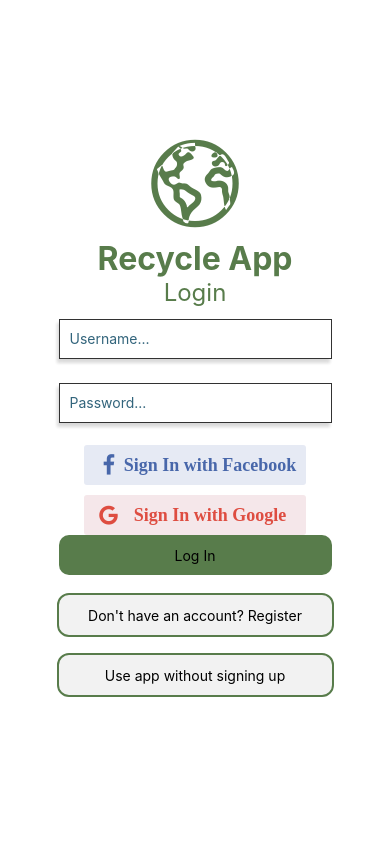
Repository: ct-pham/COMP4511
Screen: / (app in comp4511/)
The author's editor kept a copy of each file at every save. The screen is drawn from the files as they stood at one save, then again after a run of saves.
The app was drawn by React Native's web renderer in a window 390 px wide. The project was rebuilt for these pictures with package versions that can differ from the ones it lists, and the page was loaded fresh each time.

Above is the screen before, as saved 2022-11-07 16:20:29.

### comp4511/App.js

// import { NavigationContainer } from 'react-navigation/native';
// import { createNativeStackNavigator } from 'react-navigation/native-stack';
import Login from './Components/Login';
//import Register from './Components/Register';

export default function App() {
  return (
    // <NavigationContainer>
    //   <Stack.Navigator initialRouteName="Home">
    //     <Stack.Screen name="Login" component={Login} />
    //     <Stack.Screen name="Register" component={Register} />
    //   </Stack.Navigator>
    // </NavigationContainer>
    <Login />
  );
}

### comp4511/Components/Login.js
import {
    StyleSheet,
    Text,
    View,
    TextInput,
    TouchableOpacity,
} from 'react-native';

import SocialButton from './Other/SocialButtons';

import Icon from 'react-native-vector-icons/Ionicons';

export default function Login( {navigation}) {
    return (
        <View style={styles.container}>
            <View>
                <Icon
                    name = "earth-outline"
                    size = {100}
                    color = "#587C4B"
                />
            </View>

            <Text style = {styles.title}>Recycle App</Text>
            <Text style = {styles.subtitle}>Login</Text>
            <View style={styles.inputView}>
                <TextInput
                    style={styles.TextInput}
                    placeholder="Username..."
                    placeholderTextColor="#003f5c"
                />
            </View>

            <View style={styles.inputView}>
                <TextInput
                    style={styles.TextInput}
                    placeholder="Password..."
                    placeholderTextColor="#003f5c"
                    secureTextEntry={true}
                />
            </View>
            <View>
                <SocialButton
                    buttonTitle="Sign In with Facebook"
                    btnType="facebook"
                    color="#4867aa"
                    backgroundColor="#e6eaf4"
                    onPress={() => {}}
                />

                <SocialButton
                    buttonTitle="Sign In with Google"
                    btnType="google"
                    color="#de4d41"
                    backgroundColor="#f5e7ea"
                    onPress={() => {}}
                />
            </View>

            <TouchableOpacity style = {styles.btnStyle}>
                <Text style={styles.loginBtn}>Log In</Text>
            </TouchableOpacity>

            <TouchableOpacity
                onPress = {console.log('Register')}
                style = {styles.btnStyle2}
            >
                <Text style={styles.loginBtn}>Don't have an account? Register</Text>
            </TouchableOpacity>

            <TouchableOpacity
                style = {styles.btnStyle2}
            >
                <Text style={styles.loginBtn}>Use app without signing up</Text>
            </TouchableOpacity>

        </View>
    );
}

const styles = StyleSheet.create({
    container: {
        flex: 1,
        backgroundColor: '#ffffff',
        alignItems: 'center',
        justifyContent: 'center',
    },
    inputView: {
        backgroundColor: '#ffffff',
        borderWidth: 1,
        borderColor: '#000000',
        height: 40,
        width: '70%',
        margin: 12,
        borderWidth: 1,
        padding: 10,
        shadowColor: '#171717',
        shadowOffset: {width: -2, height: 4},
        shadowOpacity: 0.2,
        shadowRadius: 3,
        opacity: 0.8,
    },
    button: {
        borderRadius: 25,
    },
    btnStyle: {
        backgroundColor: '#587C4B',
        width: '70%',
        height: 40,
        alignItems: 'center',
        justifyContent: 'center',
        borderRadius: 10,
        marginBottom:20,
    },
    btnStyle2: {
        backgroundColor: '#F2F2F2',
        borderRadius: 10,
        outlineColor: '#587C4B',
        outlineWidth: 2,
        outlineStyle:  'solid',
        width: '70%',
        height: 40,
        alignItems: 'center',
        justifyContent: 'center',
        marginBottom: 20,
    },
    title: {
        fontSize: 32,
        fontWeight: 'bold',
        color: '#587C4B',
    },
    subtitle: {
        fontSize: 24,
        fontWeight: 'semibold',
        color: '#587C4B',
    },
});

### comp4511/Components/Other/SocialButtons.js
import {Text, TouchableOpacity, View, StyleSheet} from 'react-native';


import FontAwesome from 'react-native-vector-icons/FontAwesome';

const SocialButton = ({
  buttonTitle,
  btnType,
  color,
  backgroundColor,
  ...rest
}) => {
  let bgColor = backgroundColor;
  return (
    <TouchableOpacity
      style={[styles.buttonContainer, {backgroundColor: bgColor}]}
      {...rest}>
      <View style={styles.iconWrapper}>
        <FontAwesome name={btnType} style={styles.icon} size={22} color={color} />
      </View>
      <View style={styles.btnTxtWrapper}>
        <Text style={[styles.buttonText, {color: color}]}>{buttonTitle}</Text>
      </View>
    </TouchableOpacity>
  );
};

export default SocialButton;

const styles = StyleSheet.create({
  buttonContainer: {
    marginTop: 10,
    width: '100%',
    height: 40,
    padding: 10,
    flexDirection: 'row',
    borderRadius: 3,
  },
  iconWrapper: {
    width: 30,
    justifyContent: 'center',
    alignItems: 'center',
  },
  icon: {
    fontWeight: 'bold',
  },
  btnTxtWrapper: {
    flex: 1,
    justifyContent: 'center',
    alignItems: 'center',
  },
  buttonText: {
    fontSize: 18,
    fontWeight: 'bold',
    fontFamily: 'Lato-Regular',
  },
});

After the next 4 saves:
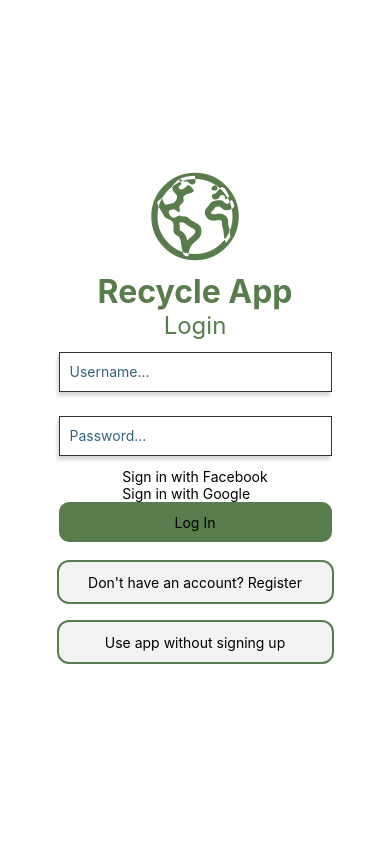
The 4 saves are shown as one change because 3 did not build or start.
The last was saved 7 min 53 s later.
--- a/comp4511/Components/Login.js
+++ b/comp4511/Components/Login.js
@@ -6,7 +6,7 @@ import {
     TouchableOpacity,
 } from 'react-native';
 
-import SocialButton from './Other/SocialButtons';
+import FontAwesome from 'react-native-vector-icons/FontAwesome';
 
 import Icon from 'react-native-vector-icons/Ionicons';
 
@@ -40,21 +40,27 @@ export default function Login( {navigation}) {
                 />
             </View>
             <View>
-                <SocialButton
-                    buttonTitle="Sign In with Facebook"
-                    btnType="facebook"
-                    color="#4867aa"
-                    backgroundColor="#e6eaf4"
-                    onPress={() => {}}
-                />
+                <TouchableOpacity
+                    style = {styles.socialBtn}
+                >
+                    <View style={styles.iconWrapper}>
+                        <FontAwesome  />
+                    </View>
+                    <View style={styles.btnTxtWrapper}>
+                        <Text >Sign in with Facebook</Text>
+                    </View>
+                </TouchableOpacity>
+                <TouchableOpacity
+                    style = {styles.socialBtn}
+                >
+                    <View style={styles.iconWrapper2}>
+                        <FontAwesome  />
+                    </View>
+                    <View style={styles.btnTxtWrapper}>
+                        <Text >Sign in with Google</Text>
+                    </View>
+                </TouchableOpacity>
 
-                <SocialButton
-                    buttonTitle="Sign In with Google"
-                    btnType="google"
-                    color="#de4d41"
-                    backgroundColor="#f5e7ea"
-                    onPress={() => {}}
-                />
             </View>
 
             <TouchableOpacity style = {styles.btnStyle}>
